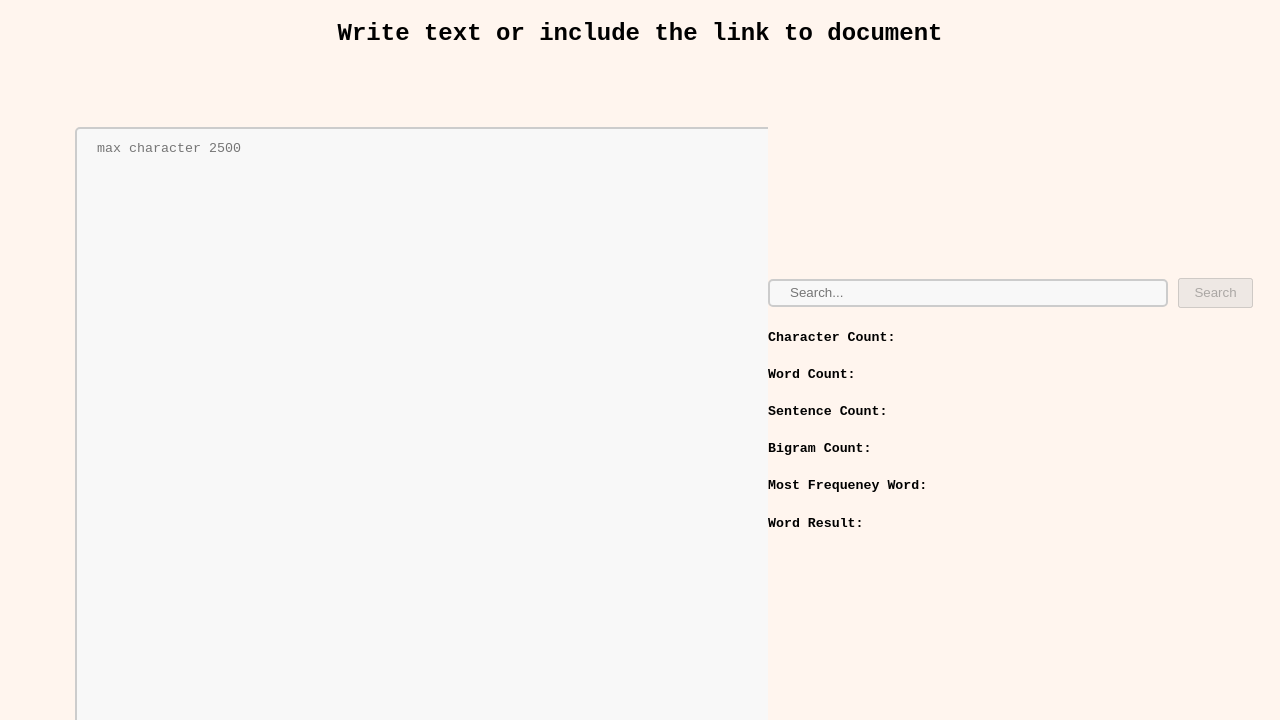
Repository: zitac234/TTPProject
Page: /
The author's editor kept a copy of each file at every save. The page is drawn from the files as they stood at one save, then again after the next save.
The browser window is 1280 px wide. The pictures show the whole page.
The project was rebuilt for these pictures with package versions that can differ from the ones it lists, and the page was loaded fresh each time. Also part of the build but not shown: webpack.config.js.

Above is the page before, as saved 2021-06-20 02:11:22.

### public/index.html
<!DOCTYPE html>
<html lang="en">
<head>
      <meta charset="UTF-8">
      <meta http-equiv="X-UA-Compatible" content="IE=edge">
      <meta name="viewport" content="width=device-width, initial-scale=1.0">
      <script src="/bundle.js" defer></script>
      <title>Google Word Count</title>
      <link rel="stylesheet" href="/style.css" />
</head>
<body>
      <div id="app"></div>
</body>
</html>

### client/index.js
import React from 'react';
// import Form from './Form'
import CreateForm from './CreateForm'
import ReactDOM from 'react-dom';

ReactDOM.render(
  // <Form/>,
  <CreateForm/>,
  document.getElementById('app')
)

### client/CreateForm.js
import React, { useState } from 'react'
import Form  from './Form'

// export default class CreateForm extends React.Component{
//       constructor(){
//             super()
//             this.state = {
//                   search :'',
//                   text : '',
//             }
//             this.handleChange = this.handleChange.bind(this)
//             this.handleSubmit = this.handleSubmit.bind(this)
//             this.countSentence = this.countSentence.bind(this)
//       }
//       handleChange(evt){
//             this.setState({
//                   [evt.target.name]: evt.target.value
//             })
//       }
//       countSentences(){
//             let regex = /[!\.\?]/
//             let textSplit = this.state.text.split(regex)
//             let sentenceArray = textSplit.filter(sentence => sentence && sentence.trim())
//             return sentenceArray.length
//       }
//       async handleSubmit (evt){
//             evt.preventDefault()
//       }
//       render(){
//             return (
//                   <Form
//                   {...this.state }
//                   handleChange={this.handleChange}
//                   handleSubmit={this.handleSubmit}
//                   numberOfSentence = {this.countSentences}
//                   />
//             )
//       }
// }

export default function CreateForm (props) {
      const [text, setText] = useState('')
      const [search, setSearch] = useState('')
      function handleChange(evt){
            console.log(evt.target)
      }
      return(
            <Form
                  // {...this.state }
                  text={text}
                  search={search}
                  handleChange={handleChange}
                  // handleChange={this.handleChange}
                  // handleSubmit={this.handleSubmit}
                  // numberOfSentence = {this.countSentences}
                  />
      )
}

### client/Form.js
import React from 'react'

export default function Form(props){
      return (
            <div>
                  <h2 id = 'paragraph'>Write text or include the link to document</h2>
                  <div className = 'split left'>
                        <div  className = 'centered'>
                              <p  id = 'line'><textarea  name= 'text'   onChange={props.handleChange} id = 'textarea'  placeholder = 'max character 2500' maxLength='2500'></textarea></p>
                        </div>
                  </div>
                  <div className = 'split right'>
                        <div className = 'centered'>
                              <form  >    {/* onSubmit={props.handleSubmit} */}
                                    <input  name="search"  onChange={props.handleChange} type="text" placeholder = 'Search...'/>
                                    <button  type='submit' disabled={!props.search}>Search</button>
                              </form>
                              <h5>Character Count:</h5>
                              <h5>Word Count:</h5>
                              <h5>Sentence Count:</h5>
                              <h5>Bigram  Count:</h5>
                              <h5>Most Frequeney Word:</h5>
                              <h5>Word Result:</h5> {/*word serch result */}
                        </div>
                  </div>
            </div>
      )
}

### public/style.css
body{
      font-family: 'Courier New', Courier, monospace;
      background-color: seashell;
}
.split{
      height: 100%;
      position: fixed;
      z-index: 1;
      top: 0;
      overflow-x: hidden;
      overflow-y: hidden
}
#line{
      border-right: 2px solid red;
      padding: 75px;
}
.left{
      left:0;
      width: 60%;
}
.right{
      right:0%;
      width: 40%;
}
.centered {
      position: absolute;
      top: 5%;
}
textarea {
      width: 700px;
      height: 650px;
      left: 5%;
}
input{
      margin-top: 50%;
      width: 400px;
      height:25px;
}
input, textarea{
      padding: 12px 20px;
      box-sizing: border-box;
      border: 2px solid #ccc;
      border-radius: 5px;
      background-color: #f8f8f8;
      resize: none;
}
button{
      width:75px;
      height: 30px;
      margin-left: 10px;
}
#paragraph{
      text-align: center;
}

After the next save:
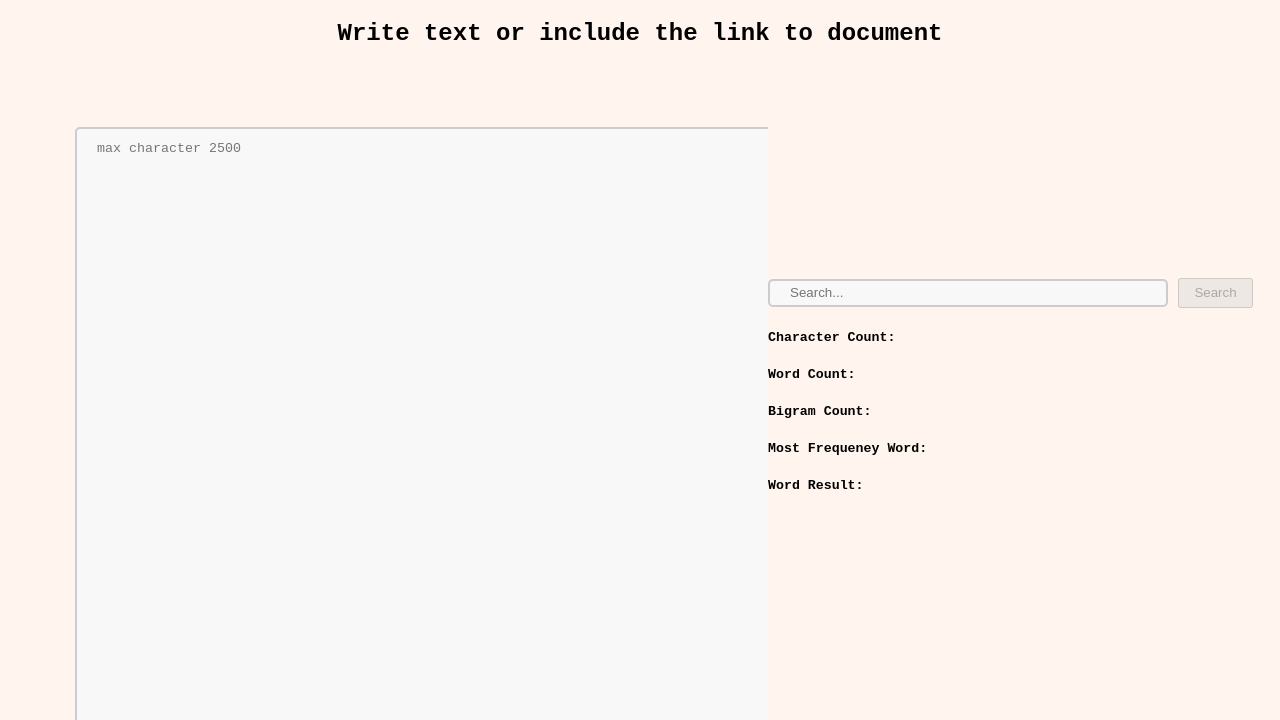
Saved 6 s later.
--- a/client/Form.js
+++ b/client/Form.js
@@ -17,7 +17,7 @@ export default function Form(props){
                               </form>
                               <h5>Character Count:</h5>
                               <h5>Word Count:</h5>
-                              <h5>Sentence Count:</h5>
+                              {/* <h5>Sentence Count:</h5> */}
                               <h5>Bigram  Count:</h5>
                               <h5>Most Frequeney Word:</h5>
                               <h5>Word Result:</h5> {/*word serch result */}
